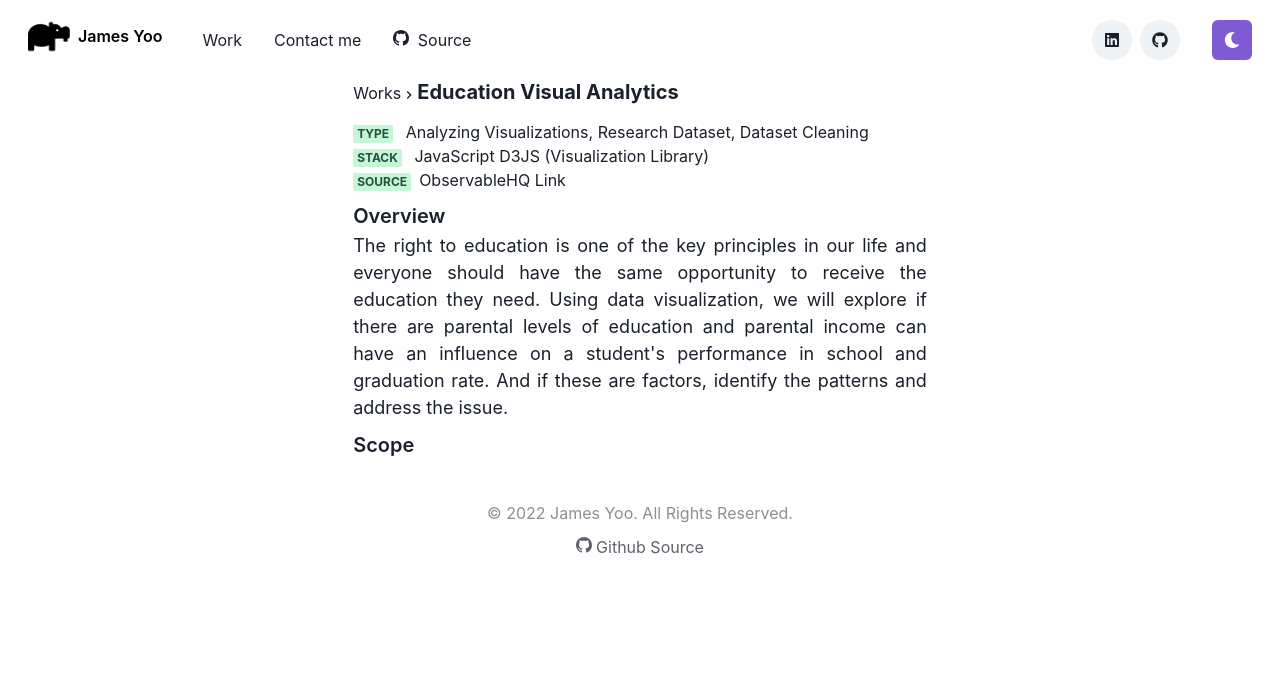
Repository: jammy729/portfolio-2022
Page: /work/educationvisualanalytics
The author's editor kept a copy of each file at every save. The page is drawn from the files as they stood at one save, then again after the next save.
The browser window is 1280 px wide. The pictures show the whole page.
The project was rebuilt for these pictures with package versions that can differ from the ones it lists, and the page was loaded fresh each time. Also part of the build but not shown: src/components/home.js, src/components/contact.js, src/components/layouts/layout.js, src/components/work/work.js, src/components/work/Development/WorldInstitutionDatabase/worldinstitutiondatabase.js, src/components/work/Development/GeoMemories/geomemories.js, src/components/work/Design/ExperienceDesign/experiencedesign.js, src/components/work/Development/PersonalPortfolio/personalportfolio.js. Imported but missing from the stored project, and not drawn on this page: src/components/work/Design/FinestCup/finestcup, src/components/work/Development/WorldInstitutionDatabase/universityDatabase.mp4.

Above is the page before, as saved 2022-06-28 15:01:41.

After the next save:
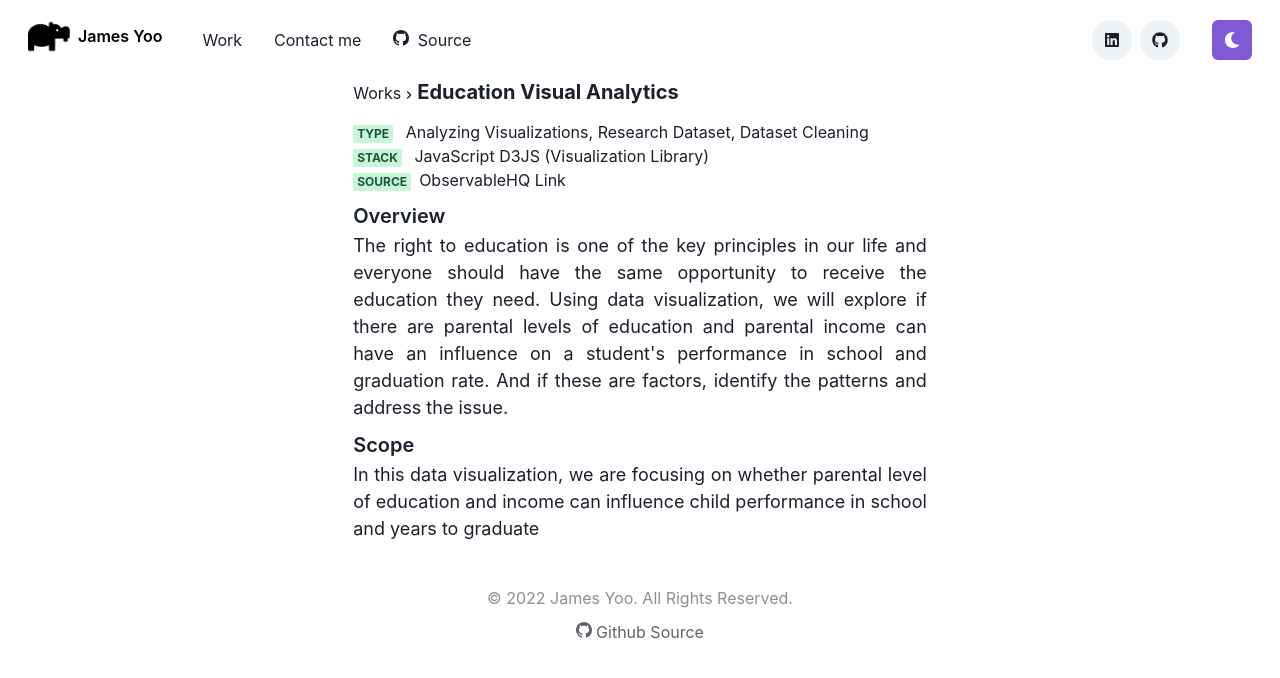
Saved 8 s later.
--- a/src/components/work/Development/EducationVisualAnalytics/educationvisualanalytics.js
+++ b/src/components/work/Development/EducationVisualAnalytics/educationvisualanalytics.js
@@ -41,7 +41,9 @@ const EducationVisualAnalytics = () => {
 
         <Writing size='md' title='Scope' />
         <DescriptionText>
-
+          In this data visualization, we are focusing on whether parental level
+          of education and income can influence child performance in school and
+          years to graduate
         </DescriptionText>
       </Container>
     </Box>
